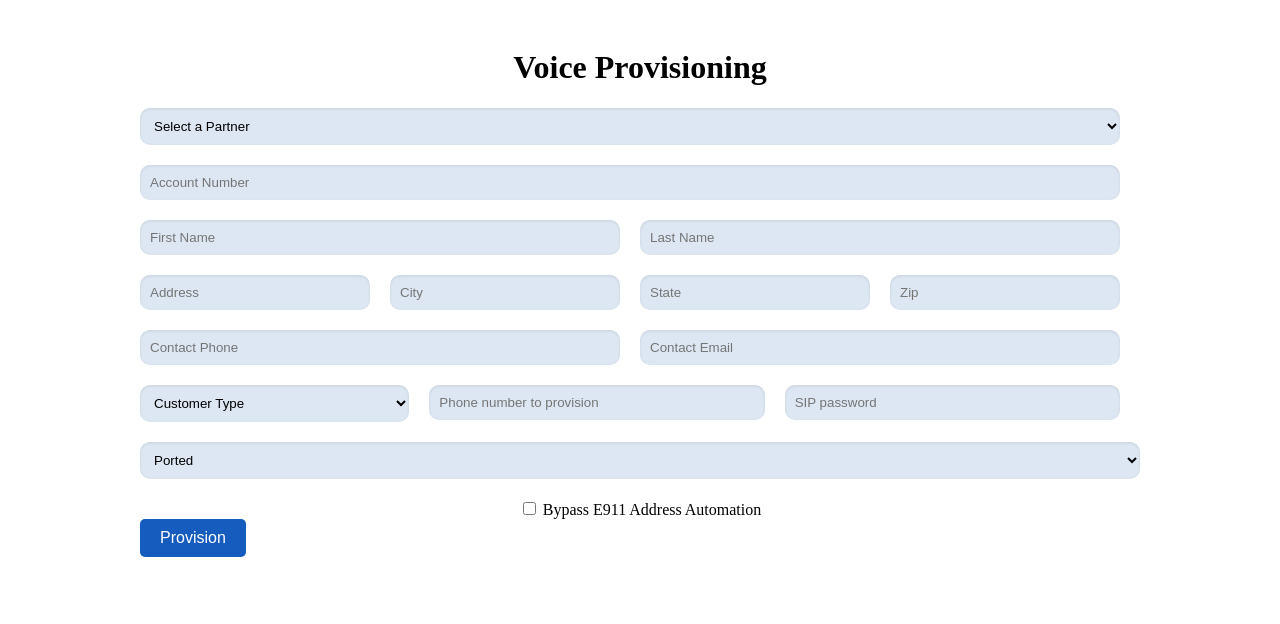
Repository: smallchungus/logiccom
Page: /
These files come from the project's save history. The page is drawn as it stood at one moment and after the next save; the edit follows.
The browser window is 1280 px wide. The pictures show the whole page.
The project was rebuilt for these pictures with package versions that can differ from the ones it lists, and the page was loaded fresh each time. Also part of the build but not shown: vite.config.ts.

Above is the page before, as saved 2023-05-04 12:25:22.

After the next save:
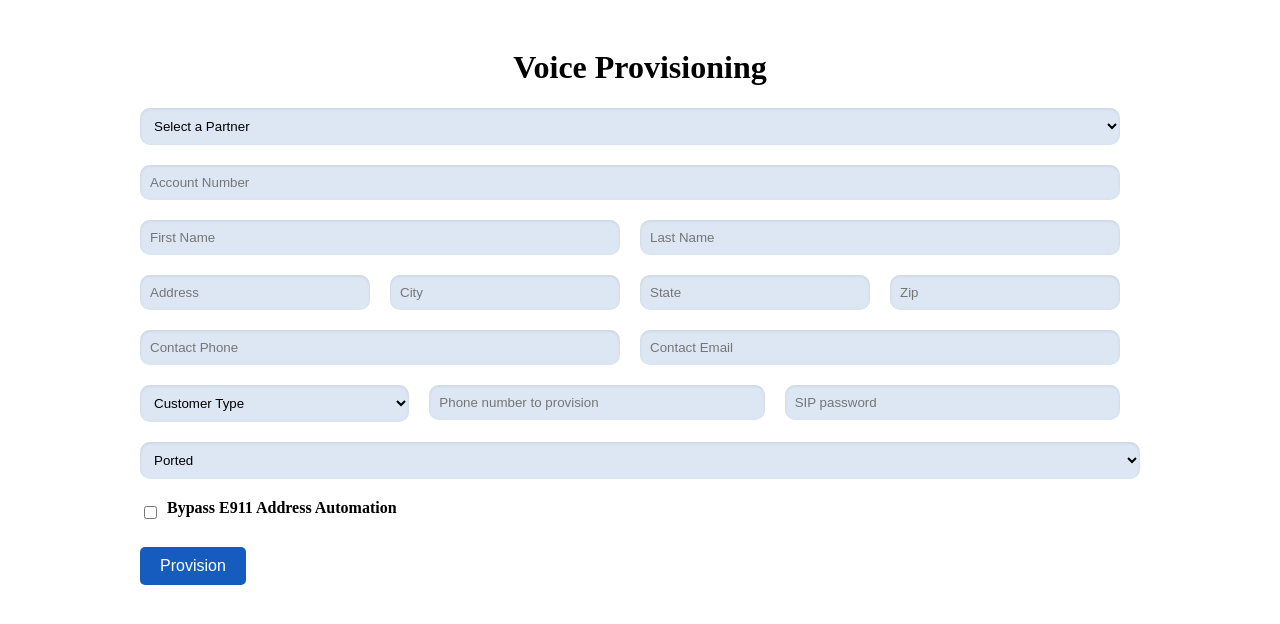
Saved 26 s later.
--- a/src/App.vue
+++ b/src/App.vue
@@ -83,9 +83,10 @@
     </select>
 
 
-      <input type="checkbox" >
-      Bypass E911 Address Automation
-
+<div class="checkbox-wrapper">
+  <input type="checkbox">
+  <label for="e911">Bypass E911 Address Automation</label>
+</div>
     <button type="submit" class="button-primary">Provision</button>
   </form>
 </template>
